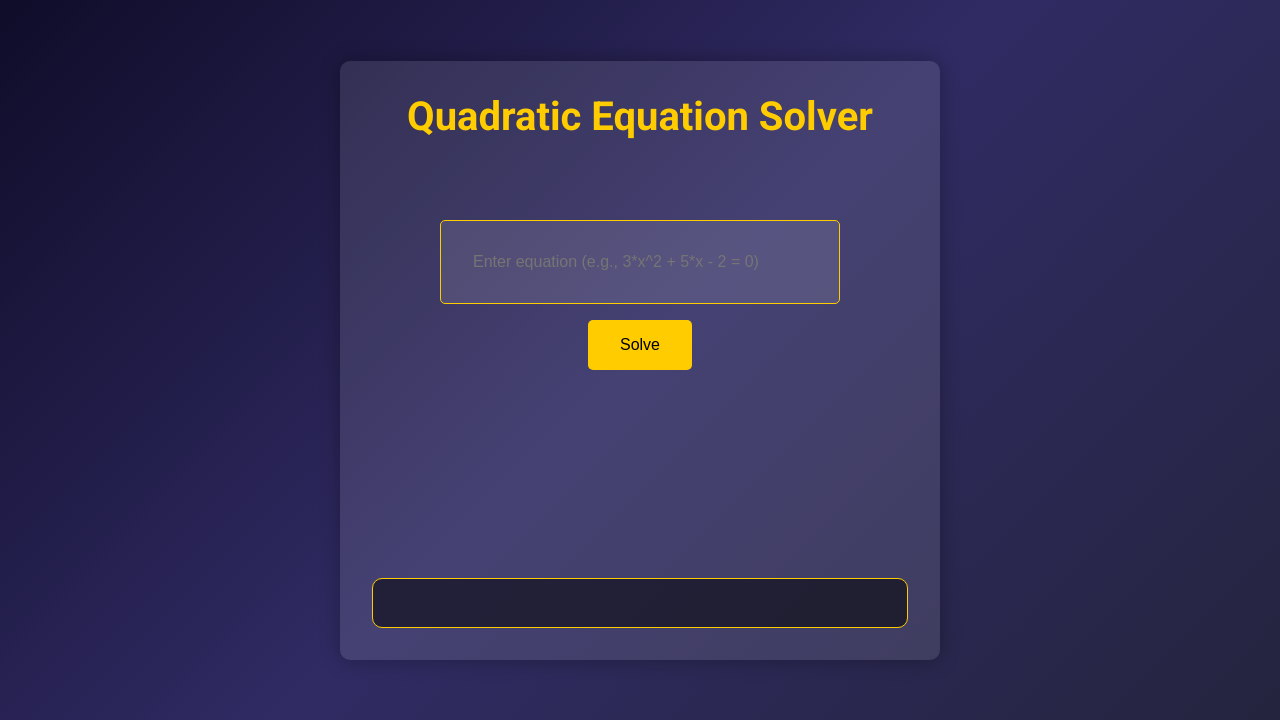
Repository: ngl-ankit/equation-solver
Page: index.html
The author's editor kept a copy of each file at every save. The page is drawn from the files as they stood at one save, then again after the next save.
The browser window is 1280 px wide. The pictures show the whole page.

Above is the page before, as saved 2024-07-08 11:14:25.

After the next save:
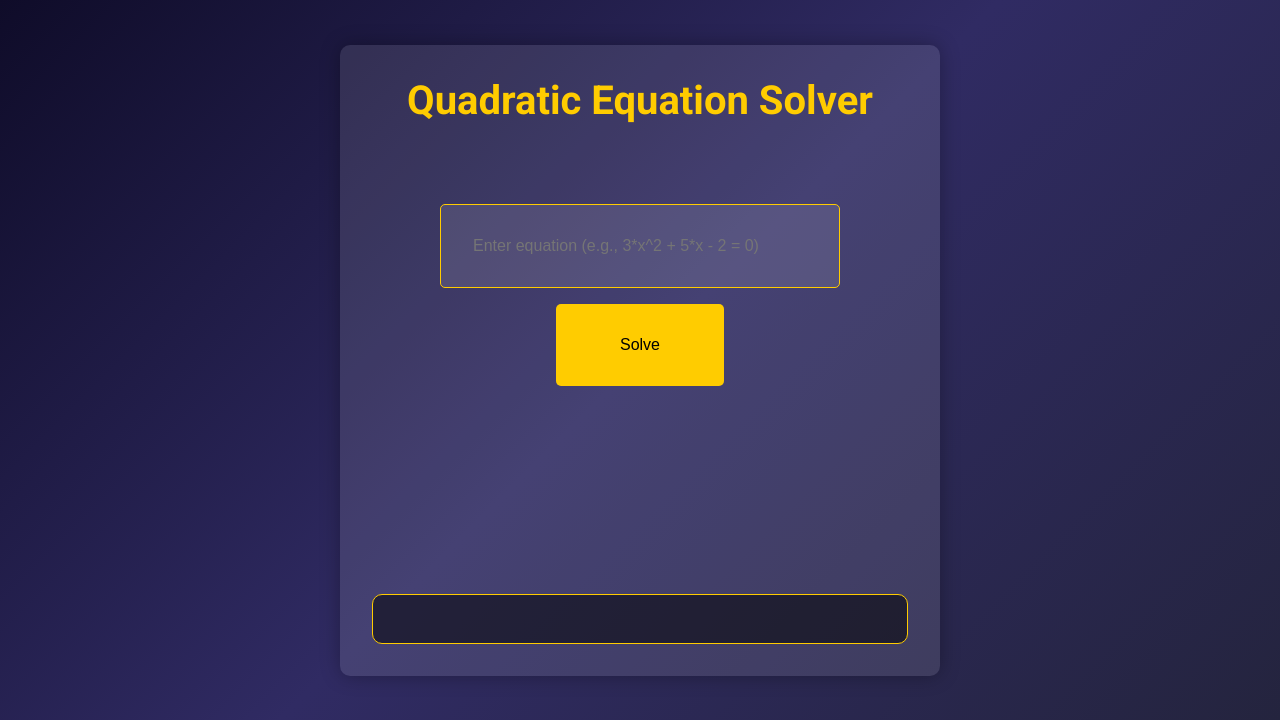
Saved 19 s later.
--- a/styles.css
+++ b/styles.css
@@ -62,7 +62,7 @@ input[type="text"]:focus {
 }
 
 button.solve-btn {
-  padding: 1rem 2rem;
+  padding: 2rem 4rem;
   border: none;
   background-color: #ffcc00;
   color: #000;
